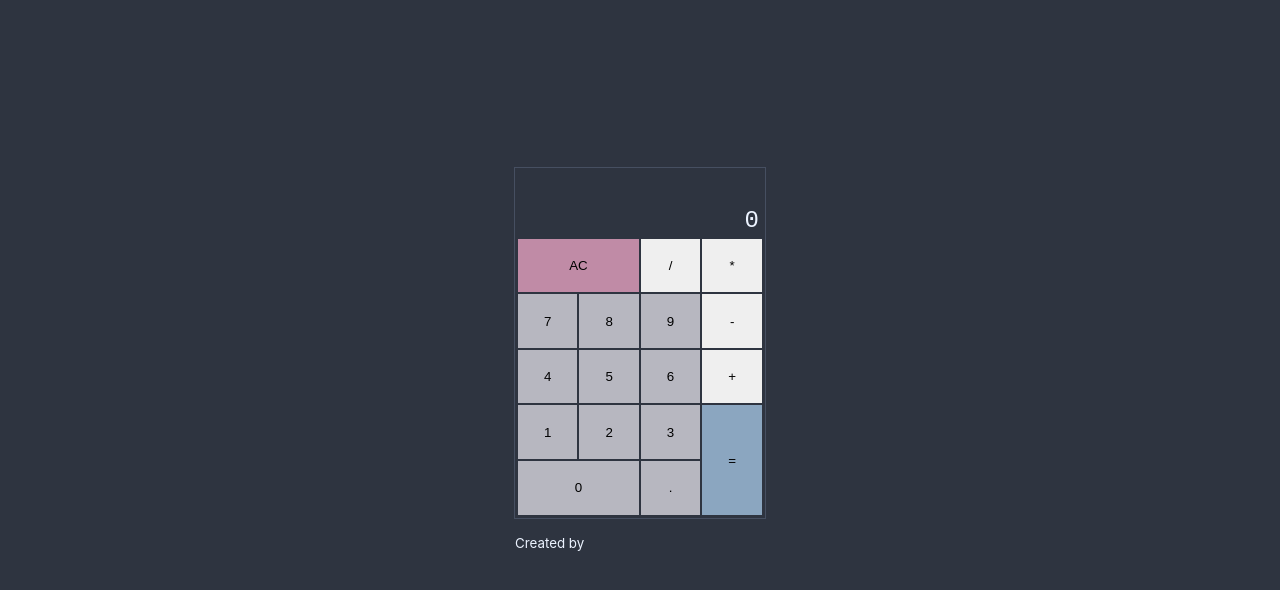
Repository: asing44/FCC
Page: / (app in Front-End-Projects/Calculator/)
An editor plug-in stored every save of this project. The page is shown before and after the next save, followed by the edit.
The browser window is 1280 px wide. The pictures show the whole page.
The pointer rests on the first visible `.btnDigit`.
The project was rebuilt for these pictures with package versions that can differ from the ones it lists, and the page was loaded fresh each time. Also part of the build but not shown: Front-End-Projects/Calculator/vite.config.js.

Above is the page before, as saved 2024-12-14 00:29:51.

### Front-End-Projects/Calculator/src/assets/main.css
@import './base.css';

#app {
  height: 100vh;
  display: grid;
  place-content: center;
  font-weight: normal;
}

.u_content-center {
  display: grid;
  place-content: center;
}

main {
  display: grid;
  place-content: center;
}

small {
  margin-top: 1rem;
}

### Front-End-Projects/Calculator/src/App.vue
<script setup>
import Calculator from './CalculatorMain.vue';
</script>

<template>
  <main>
    <Calculator class="calculator"/>
  </main>
  <small>Created by <strong></strong></small>
</template>

### Front-End-Projects/Calculator/src/assets/base.css
:root {
  --Color-background: #2E3440;
  --Color-text: #ECF3FF;
}

*,
*::before,
*::after {
  box-sizing: border-box;
  margin: 0;
  font-weight: normal;
  transition: all 400ms ease;
}

body {
  min-height: 100vh;
  color: var(--Color-text);
  background: var(--Color-background);
  line-height: 1.4;
  font-family:
    Inter,
    -apple-system,
    BlinkMacSystemFont,
    'Segoe UI',
    Roboto,
    Oxygen,
    Ubuntu,
    Cantarell,
    'Fira Sans',
    'Droid Sans',
    'Helvetica Neue',
    sans-serif;
  font-size: 16px;
  text-rendering: optimizeLegibility;
  -webkit-font-smoothing: antialiased;
  -moz-osx-font-smoothing: grayscale;
}

### Front-End-Projects/Calculator/src/CalculatorMain.vue
<script setup>
import { ref } from 'vue';
import { create, all } from 'mathjs'

const config = {}
const math = create(all, config)

const displayUpper = ref("");
const displayLower = ref("0");
// ?* Need to get rid of "0" after start®

function reset() {
    displayLower.value = "0";
    displayUpper.value = ""
}

let initDisplay = function() {
    let toggler = false;
    if (!toggler) {
        toggler = true;
        displayLower.value = ""
    }
};

function clickHandler(event) {
    displayLower.value = "0";
    initDisplay();
    if (displayUpper.value + event.target.innerText != 0) {
        displayUpper.value = displayUpper.value + event.target.innerText
        event.target.classList.contains('btnDigit') ? appendInput(event) : null
        event.target.classList.contains('btnAction--AC') ? reset() : null
    } if (event.target.innerText.match(/[./+=-]/g)) {
        displayLower.value = event.target.innerText;
    }
    else {
        null
    }
}

function appendInput(event) {
    displayLower.value += event.target.innerText;
}
// Calculates top row
function calculate() {
    let originalString = displayUpper.value;

    let operandCount = 0;
    let numberCount = 0;


    // 1. Split original string
    let splitString = displayUpper.value.split('');
    /*  2 Find if string contains: )
        a. only one or more operand -> return "NAN"
        b. only one or more number -> return number
        c. one or more operand but only one number -> return number
        d. Starts with an operand and is longer than 1? -> remove front operand
    */

    splitString.forEach(item => {
        item.match(/\D/) ? operandCount++ : "";
        item.match(/\d/) ? numberCount++ : "";
    })

    // Testing for base cases
    if ((originalString.length == operandCount) && numberCount == 0) {
        console.log("NAN")
    } if (originalString.length == numberCount) {
        console.log("One number")
    } if ((operandCount == originalString.length - 1) && numberCount == 1) {
        console.log("Case: one or more operand but only one number")
    } if (originalString.match(/^\D/) && originalString.length > 1) {
        console.log(splitString.slice(1).join(""))
    }

    displayLower.value = math.evaluate(displayUpper.value)
}

</script>

<template>
    <div class="calculator">
        <div class="display">
            <div class="display__upper">
                {{ displayUpper }}
            </div>
            <div class="display__inner">
                {{ displayLower }}
            </div>
        </div>
        <button class="btnAction btnAction--AC" @click="clickHandler">AC</button>
        <button class="btnAction btnAction--divide" @click="clickHandler">/</button>
        <button class="btnAction btnAction--multiply" @click="clickHandler">*</button>
        <button class="btnAction btnAction--minus" @click="clickHandler">-</button>
        <button class="btnAction btnAction--plus" @click="clickHandler">+</button>
        <button class="btnAction btnAction--enter" @click="calculate">=</button>
        <button class="btnDigit btnDigit--dot" @click="clickHandler">.</button>
        <button class="btnDigit btnDigit--0" @click="clickHandler">0</button>
        <button class="btnDigit btnDigit--1" @click="clickHandler">1</button>
        <button class="btnDigit btnDigit--2" @click="clickHandler">2</button>
        <button class="btnDigit btnDigit--3" @click="clickHandler">3</button>
        <button class="btnDigit btnDigit--4" @click="clickHandler">4</button>
        <button class="btnDigit btnDigit--5" @click="clickHandler">5</button>
        <button class="btnDigit btnDigit--6" @click="clickHandler">6</button>
        <button class="btnDigit btnDigit--7" @click="clickHandler">7</button>
        <button class="btnDigit btnDigit--8" @click="clickHandler">8</button>
        <button class="btnDigit btnDigit--9" @click="clickHandler">9</button>
    </div>
</template>

<style scoped>

    .calculator {
        display: grid;
        height: clamp(350px, 45vh, 800px);
        width: clamp(200px, 35vw, 250px);
        outline: 1px solid #464F61;
        border: 2px solid #2E3440;
        background-color: #C2C2D7;
        grid-template-rows: repeat(6, 1fr);
        grid-template-areas:
            "display display display display""AC AC divide multiply""seven eight nine minus""four five six plus""one two three enter""zero zero decimal enter";
    }

    .btnAction, .btnDigit {
        height: auto;
        border: 1px solid #2E3440;
    }

    /* --------------------------------- Display -------------------------------- */

    .display {
        grid-area: display;
        min-height: 4.25rem;
        background-color: #2E3440;
    }

    .display__inner, .display__upper {
        display: flex;
        height: 50%;
        justify-content: end;
        align-items: center;
        padding: 4px;
        font-family: monospace;
        font-size: 1.5rem;
    }

    .display__upper {
        color: #E9DAAA;
        font-size: 1.25rem;
    }

/* -------------------------------------------------------------------------- */
/*                                   Buttons                                  */
/* -------------------------------------------------------------------------- */

.btnDigit {
    background-color: #b7b7c0;
}

.btnAction--AC {
    background-color: #C08BA6;
}

.btnAction--enter {
    background-color: #8BA6C0;
}

/* ---------------------------------- Areas --------------------------------- */

    .btnAction--AC {
        grid-area: AC;
    }

    .btnAction--divide {
        grid-area: divide;
    }

    .btnAction--multiply {
        grid-area: multiply;
    }

    .btnAction--minus {
        grid-area: minus;
    }

    .btnAction--plus {
        grid-area: plus;
    }

    .btnAction--enter {
        grid-area: enter;
    }

    .btnDigit--7 {
        grid-area: seven;
    }

    .btnDigit--8 {
        grid-area: eight;
    }

    .btnDigit--9 {
        grid-area: nine;
    }

    .btnDigit--6 {
        grid-area: six;
    }

    .btnDigit--5 {
        grid-area: five;
    }

    .btnDigit--4 {
        grid-area: four;
    }

    .btnDigit--3 {
        grid-area: three;
    }

    .btnDigit--2 {
        grid-area: two;
    }

    .btnDigit--1 {
        grid-area: one;
    }

    .btnDigit--0 {
        grid-area: zero;
    }

    .btnDigit--dot {
        grid-area: decimal;
    }

</style>

Loaded but not shown: Front-End-Projects/Calculator/index.html (common file); Front-End-Projects/Calculator/src/main.js (common file)

After the next save:
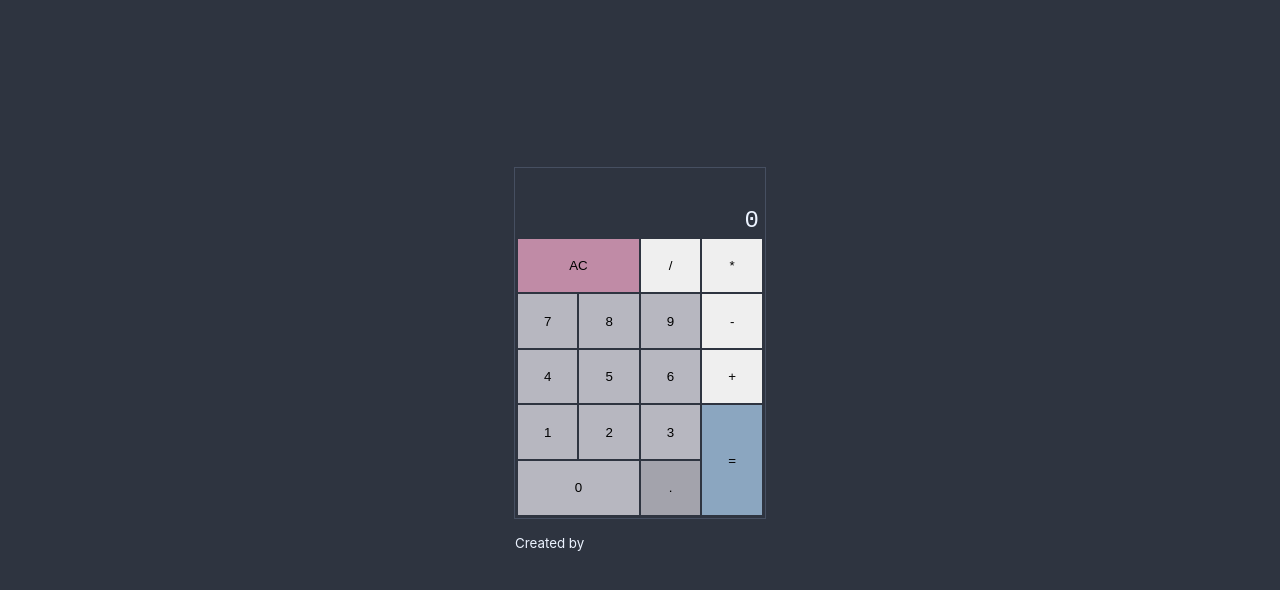
Saved 2 min 35 s later.
--- a/Front-End-Projects/Calculator/src/CalculatorMain.vue
+++ b/Front-End-Projects/Calculator/src/CalculatorMain.vue
@@ -158,6 +158,10 @@ function calculate() {
     background-color: #b7b7c0;
 }
 
+.btnDigit:hover {
+    background-color: #a3a3ac;
+}
+
 .btnAction--AC {
     background-color: #C08BA6;
 }
